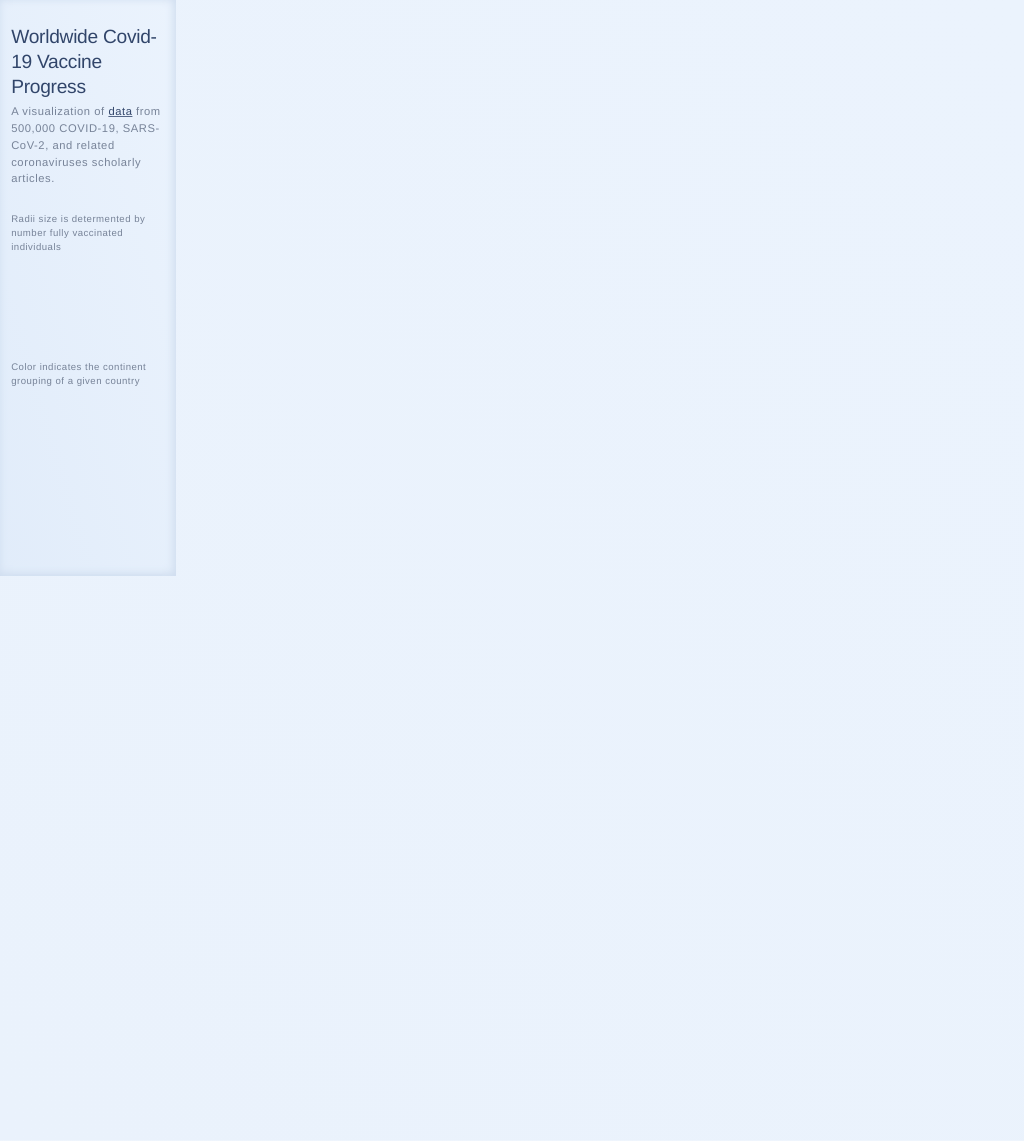
Repository: laurenharpole/May-Vaccine-Progress-Vis
Page: index.html
An editor plug-in stored every save of this project. The page is shown before and after the next save, followed by the edit.
The browser window is 1280 px wide. The pictures show the whole page, at 80% of full size.
The page's requests for data from a server got no answer.

Above is the page before, as saved 2021-10-13 14:53:11.

After the next save:
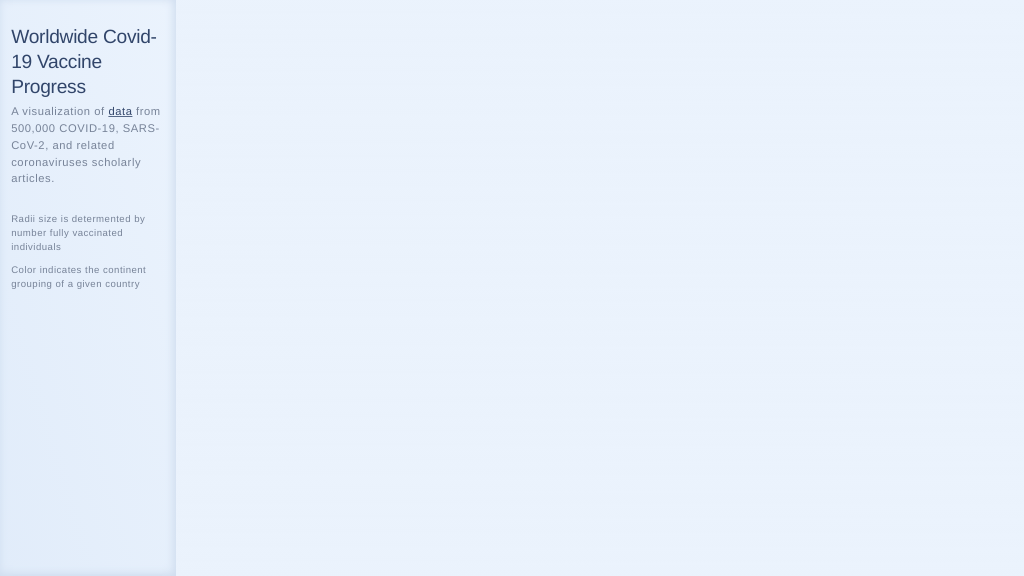
Console error: SyntaxError: Unexpected identifier 'dloc'
Saved 42 s later.
--- a/index.html
+++ b/index.html
@@ -219,7 +219,7 @@
   {
 
      if(String(d["date"]).includes(mm) && String(d["date"]).includes(dd)){
-
+        String dloc = d.location;
         if(d.location != ""|| d.location != 'World'){
         console.log(d.location);
           return d;

After the 2 saves that followed:
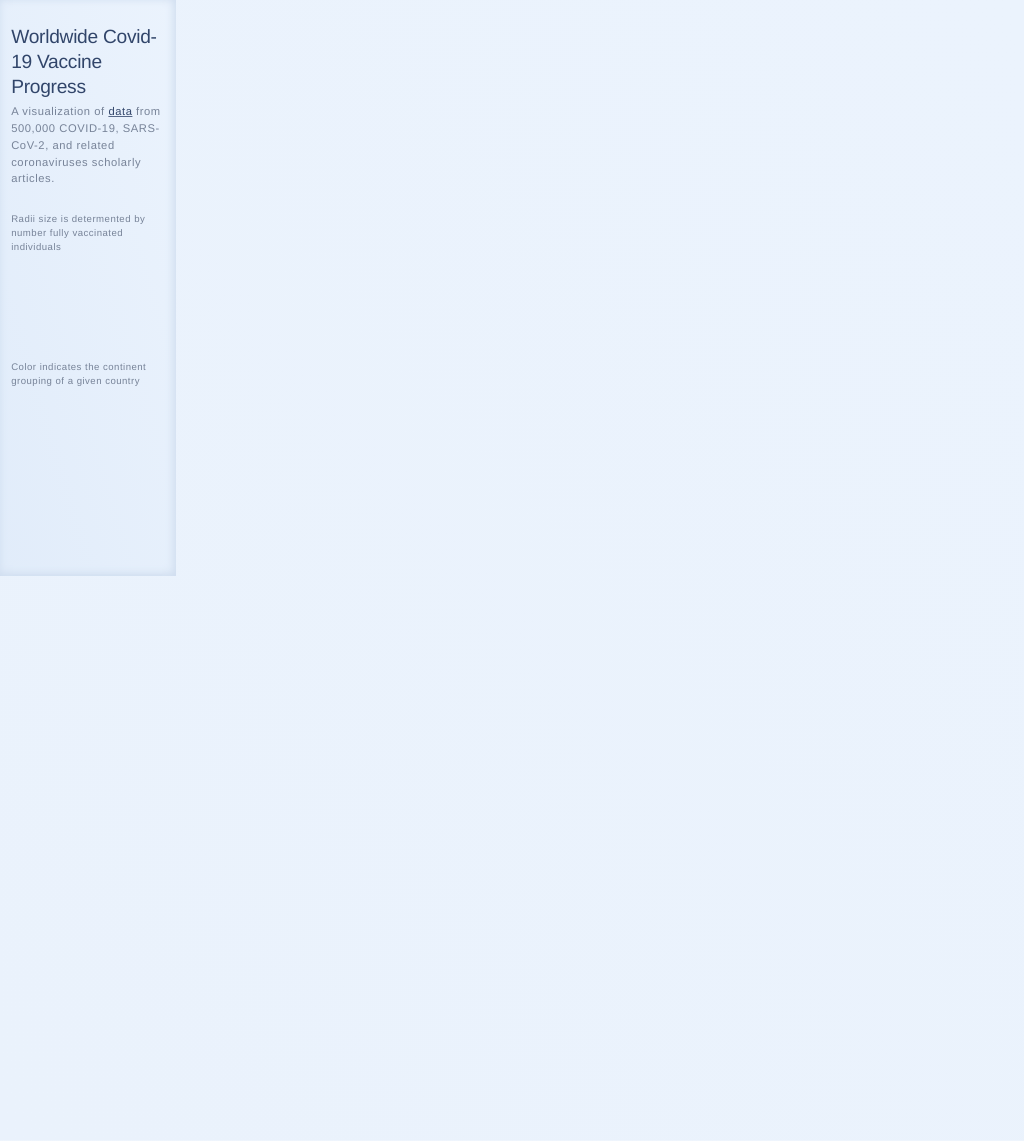
The error is gone.
The 2 saves are shown as one change because 1 left the picture as it was.
The last was saved 16 s later.
--- a/index.html
+++ b/index.html
@@ -219,7 +219,7 @@
   {
 
      if(String(d["date"]).includes(mm) && String(d["date"]).includes(dd)){
-        String dloc = d.location;
+        var dloc = String(d.location);
         if(d.location != ""|| d.location != 'World'){
         console.log(d.location);
           return d;
